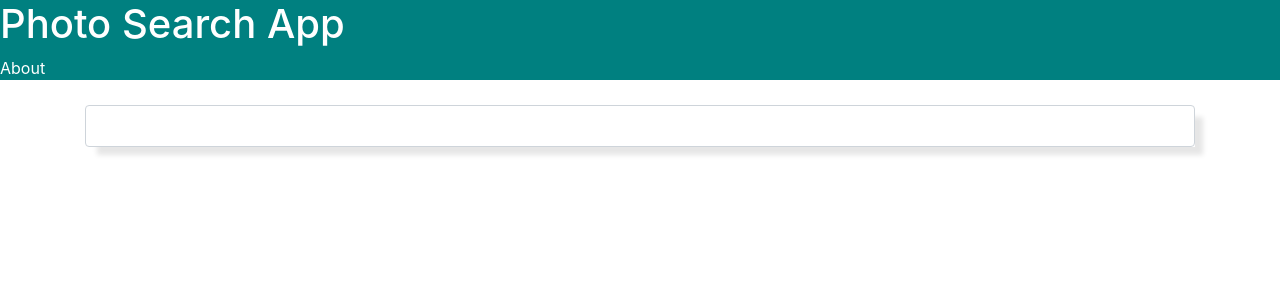
Repository: lamilekan263/photoapp
Page: /
An editor plug-in stored every save of this project. The page is shown before and after a run of saves, followed by the edit.
The browser window is 1280 px wide. The pictures show the whole page.
The project was rebuilt for these pictures with package versions that can differ from the ones it lists, and the page was loaded fresh each time. Also part of the build but not shown: src/components/ImageCard/ImageCard.scss, src/components/ImageCard/ImageCard.js, src/components/imageList/imageList.scss, src/components/imageList/imageList.js.

Above is the page before, as saved 2020-08-26 12:10:46.

After the next 2 saves:
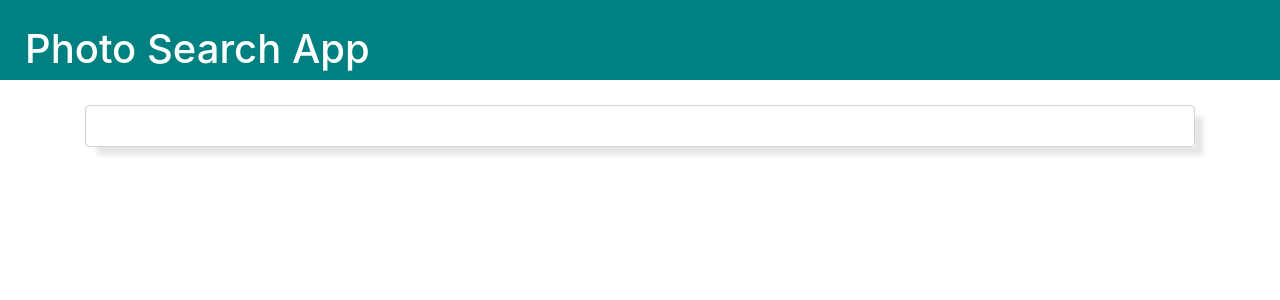
The 2 saves are shown as one change because 1 did not build or start.
The last was saved 16 s later.
--- a/src/components/Header/Header.scss
+++ b/src/components/Header/Header.scss
@@ -3,6 +3,7 @@ nav{
     height: 80px;
     background-color: teal;
     color:#fff;
+    padding:25px;
 
     .brand{
         p{
